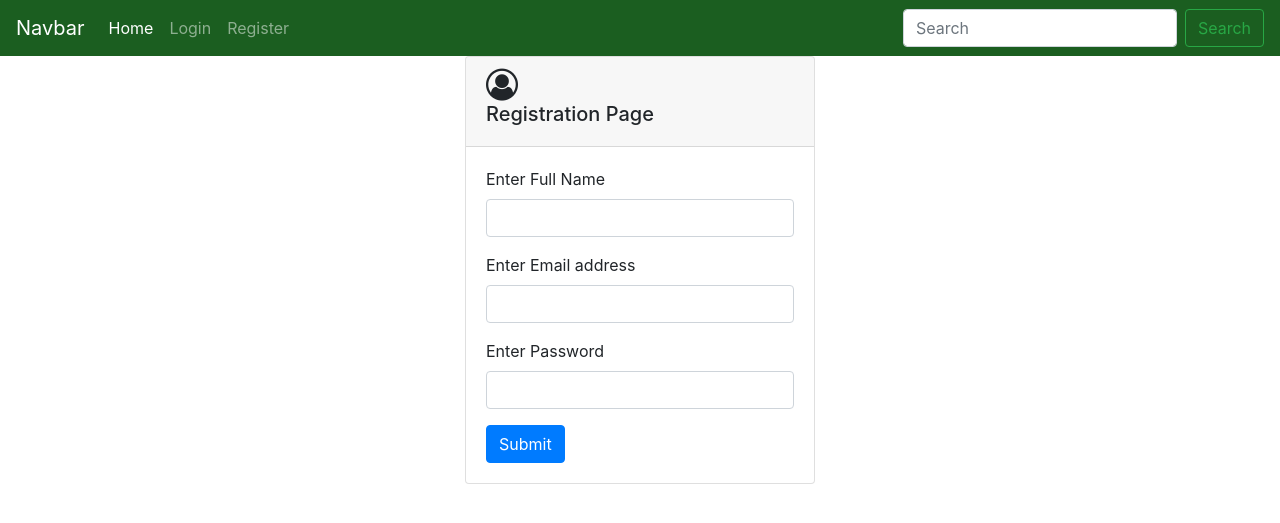
Repository: Chandnim0712/Ecommerce-Spring-Boot-Project
Page: http://localhost/LoginPage/register.jsp
These files come from the project's save history. The page is drawn as it stood at one moment and after the next save; the edit follows.
The browser window is 1280 px wide. The pictures show the whole page.
The page is served by Tomcat 9.

Above is the page before, as saved 2025-06-11 21:00:03.

After the next save:
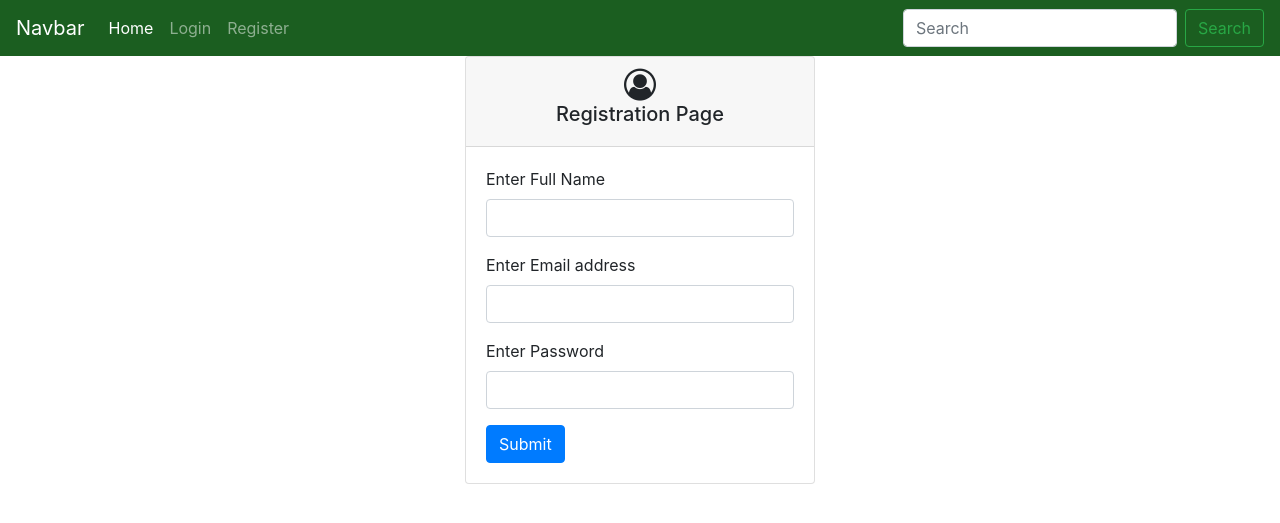
Saved 3 min 51 s later.
--- a/LoginPage/src/main/webapp/register.jsp
+++ b/LoginPage/src/main/webapp/register.jsp
@@ -50,7 +50,7 @@
 		<div class="row">
 			<div class="col-md-4 offset-md-4">
 				<div class="card">
-					<div class="card-header">
+					<div class="card-header text-center">
 						<i class="fa fa-user-circle-o fa-2x"></i>
 						<h5>Registration Page</h5>
 					</div>
